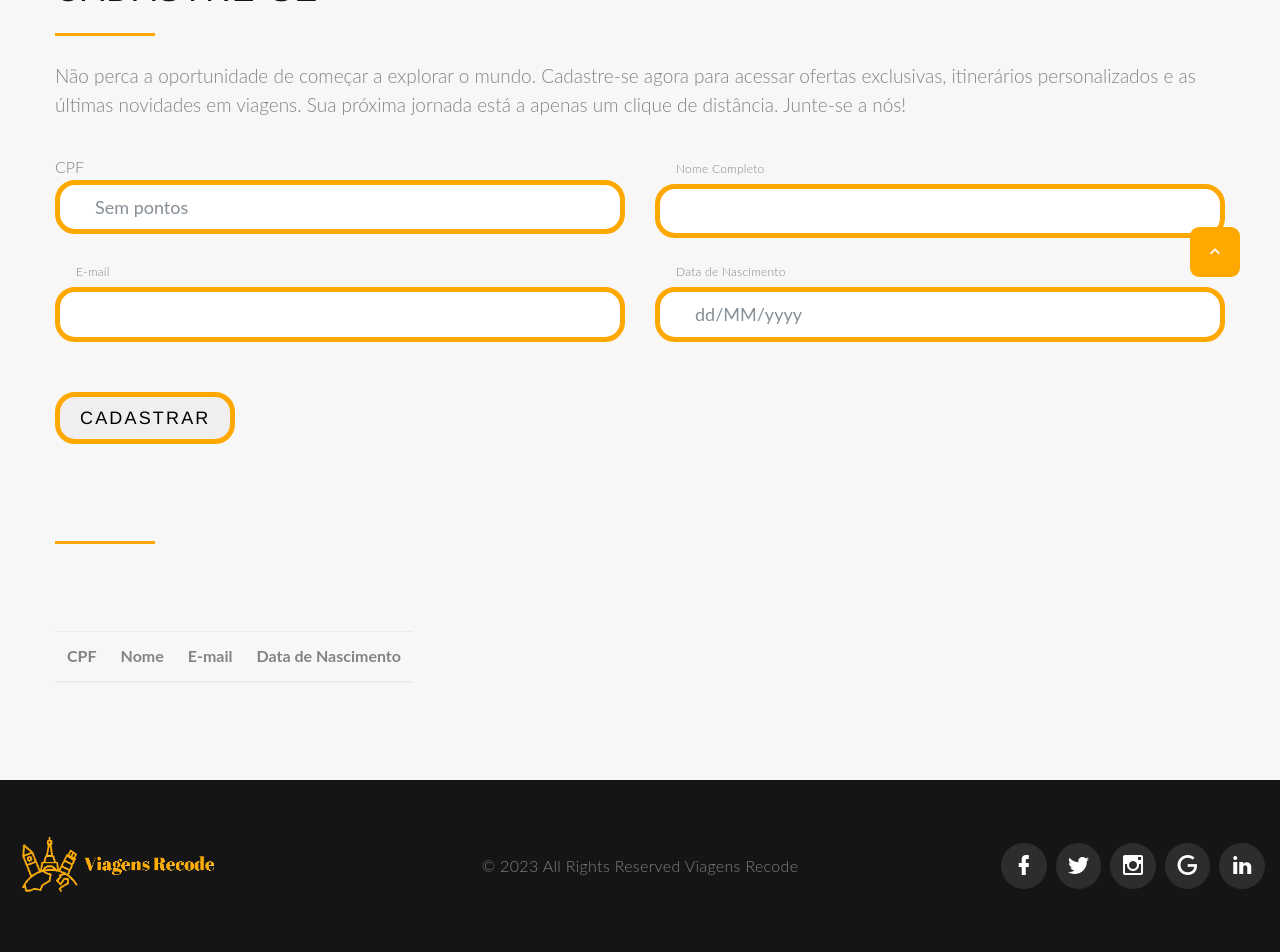
Repository: LiraS23/RecodePro2023-Modulo-5
Page: http://localhost/cliente
These files come from the project's save history. The page is drawn as it stood at one moment and after the next save; the edit follows.
The browser window is 1280 px wide. The pictures show the part of the page from y = 503 to 1455 px (the page is 1455 px tall before and 1414 px after).
Some web fonts or font styles are not loaded; a fallback is used. The page is this project's Thymeleaf template; nobody is signed in. The template is opened directly, without the code that normally fills it, so the values that code supplies are empty.

Above is the page before, as saved 2023-12-07 20:42:51.

After the next save:
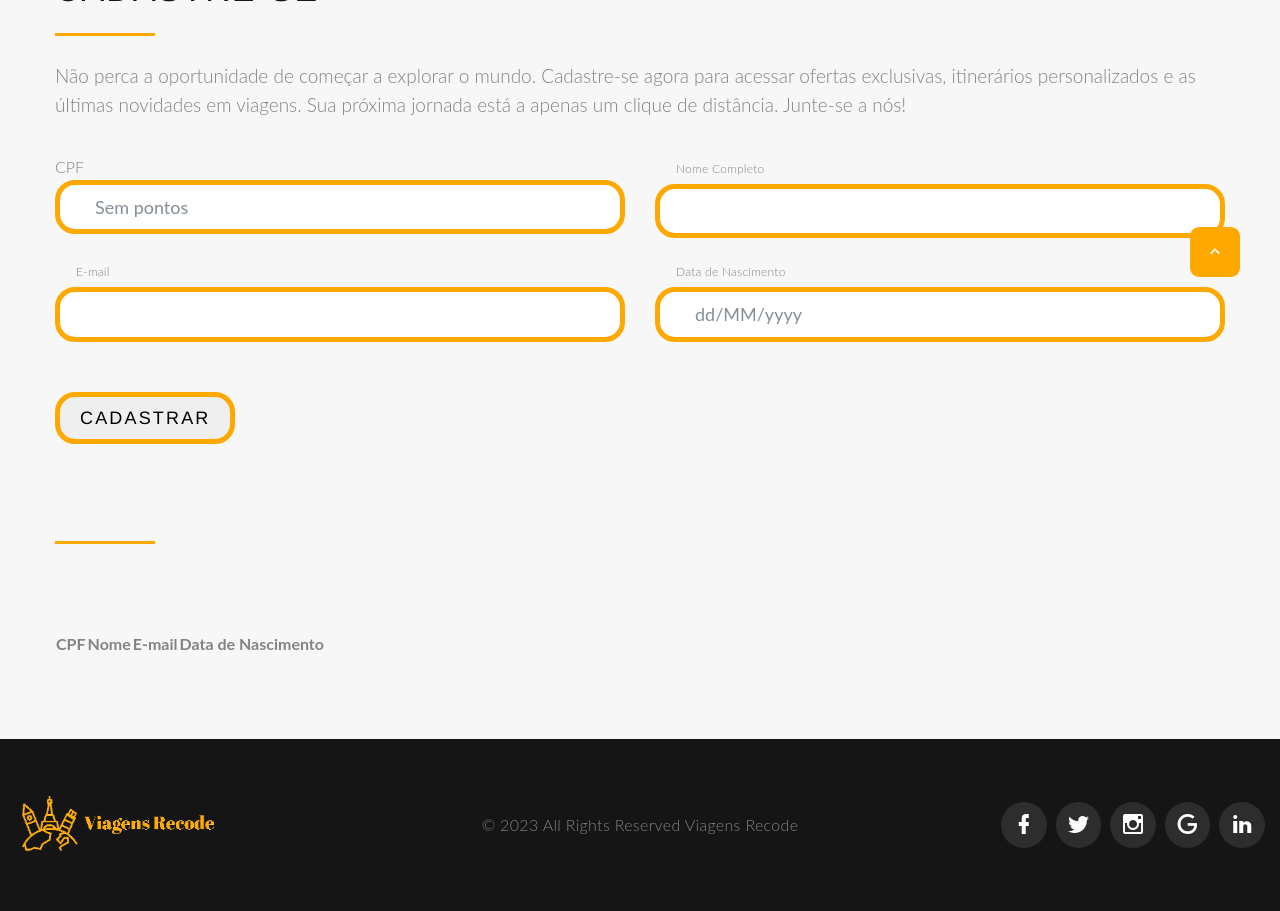
Saved 5 s later.
--- a/SpringBoot/Modulo5/src/main/resources/templates/cliente.html
+++ b/SpringBoot/Modulo5/src/main/resources/templates/cliente.html
@@ -146,7 +146,7 @@
 							<div class="section section-lg">
 								<div id="lista-clientes">
 									<section>
-										<table class="table table-responsive">
+										<table class="table-responsive">
 											<thead>
 												<tr>
 													<th>CPF</th>

After the save that followed:
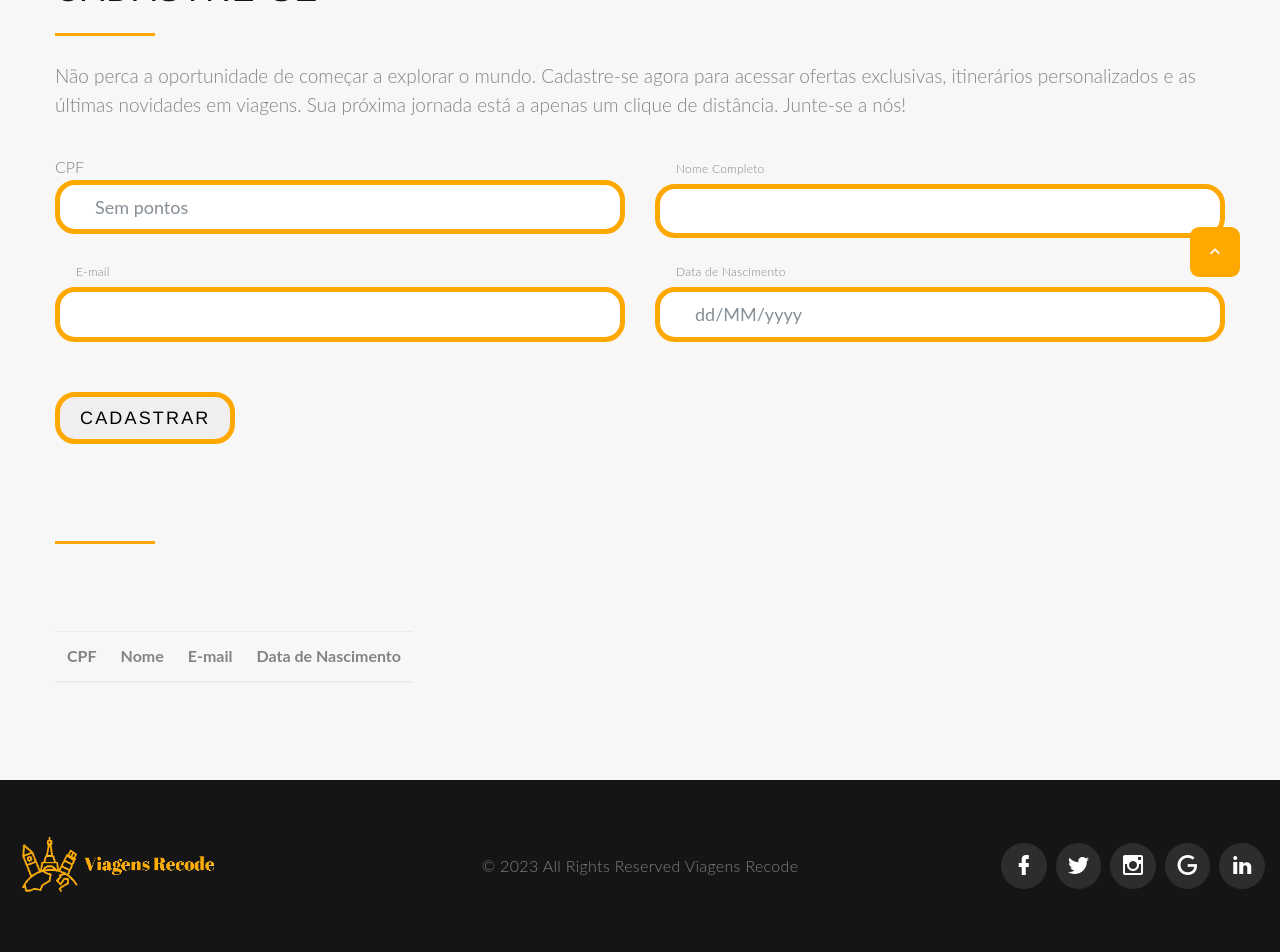
Saved 25 s later.
--- a/SpringBoot/Modulo5/src/main/resources/templates/cliente.html
+++ b/SpringBoot/Modulo5/src/main/resources/templates/cliente.html
@@ -146,7 +146,7 @@
 							<div class="section section-lg">
 								<div id="lista-clientes">
 									<section>
-										<table class="table-responsive">
+										<table class="table table-responsive">
 											<thead>
 												<tr>
 													<th>CPF</th>
